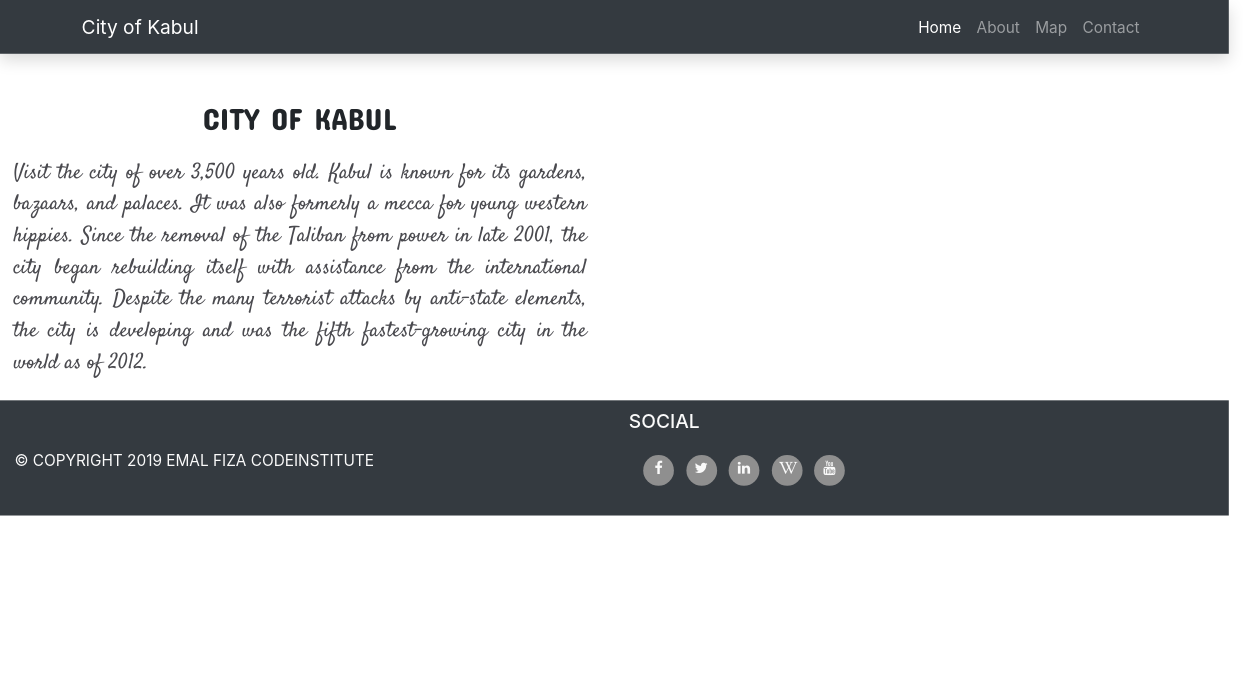
Repository: emalfiza/project-kabul
Page: about.html
The author's editor kept a record of every edit. The page is drawn from the files as they stood at one moment, then again after the next edit.
The browser window is 1280 px wide. The page is 1295 px wide, so the pictures cover 1295 px, including what lies to the right of the window. The pictures show the whole page, at 96% of full size.

Above is the page before.

After the next edit:
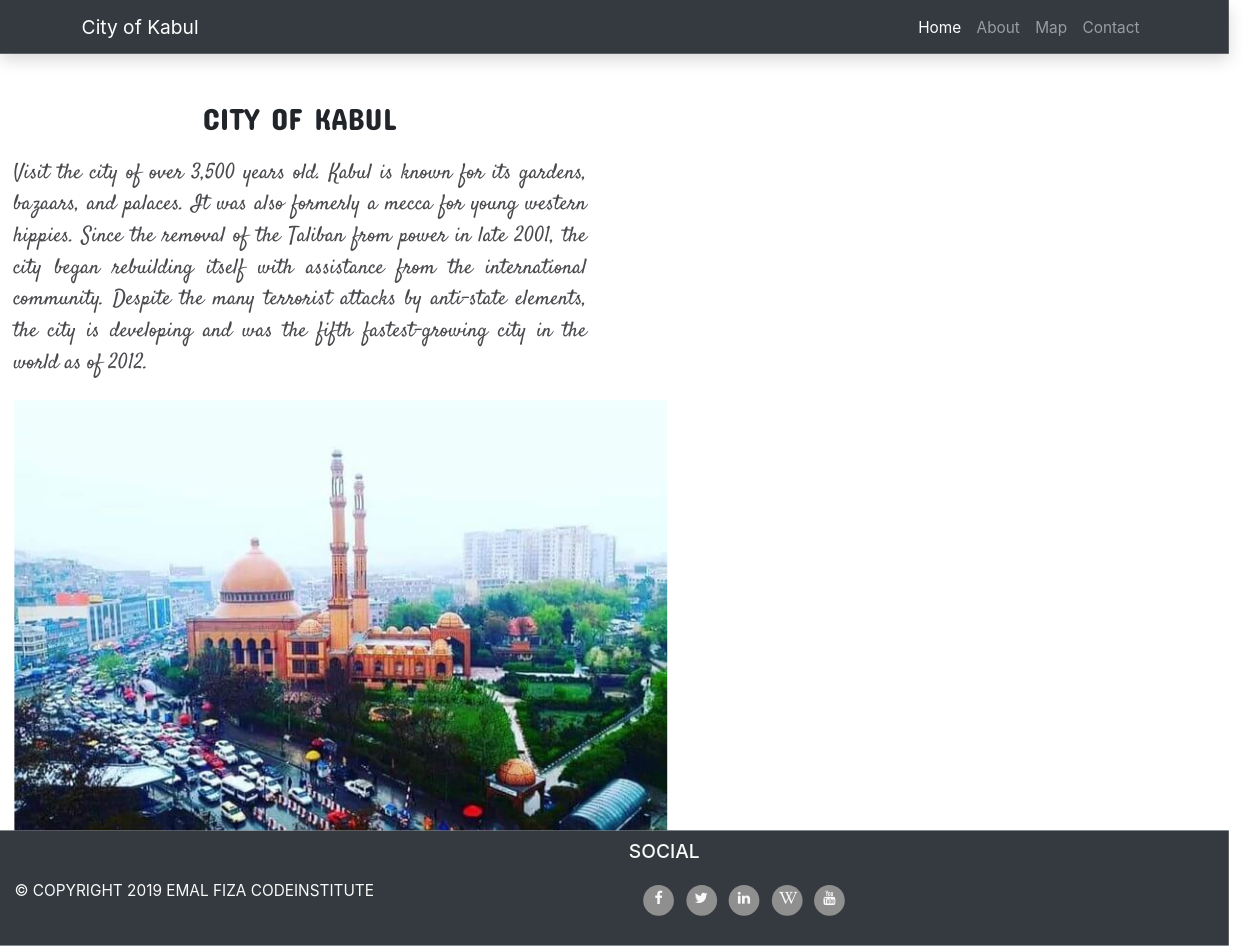
The edit:
--- a/about.html
+++ b/about.html
@@ -51,15 +51,13 @@
     <div class="row">
       <div class="col-md-6">
         <h2 class="section-heading uppercase">City of Kabul</h2>
-            <p class="section-paragraph">
-              Visit the city of over 3,500 years old. Kabul is known for its gardens, bazaars, and palaces.
-              It was also formerly a mecca for young western hippies. Since the removal of the Taliban from power in late 2001,
-              the city began rebuilding itself with assistance from the international community.
-              Despite the many terrorist attacks by anti-state elements,
-              the city is developing and was the fifth fastest-growing city in the world as of 2012.
-            </p>
-          <div class="col-md-6">
-          </div>
+        <p class="section-paragraph">
+          Visit the city of over 3,500 years old. Kabul is known for its gardens, bazaars, and palaces. It was also formerly a mecca for young western hippies. Since the removal of the Taliban from power in late 2001, the city began rebuilding itself with assistance
+          from the international community. Despite the many terrorist attacks by anti-state elements, the city is developing and was the fifth fastest-growing city in the world as of 2012.
+        </p>
+        <div class="col-md-6">
+          <img src="../images/city-kabul.jpeg">
+
       </div>
     </div>
   </section>
